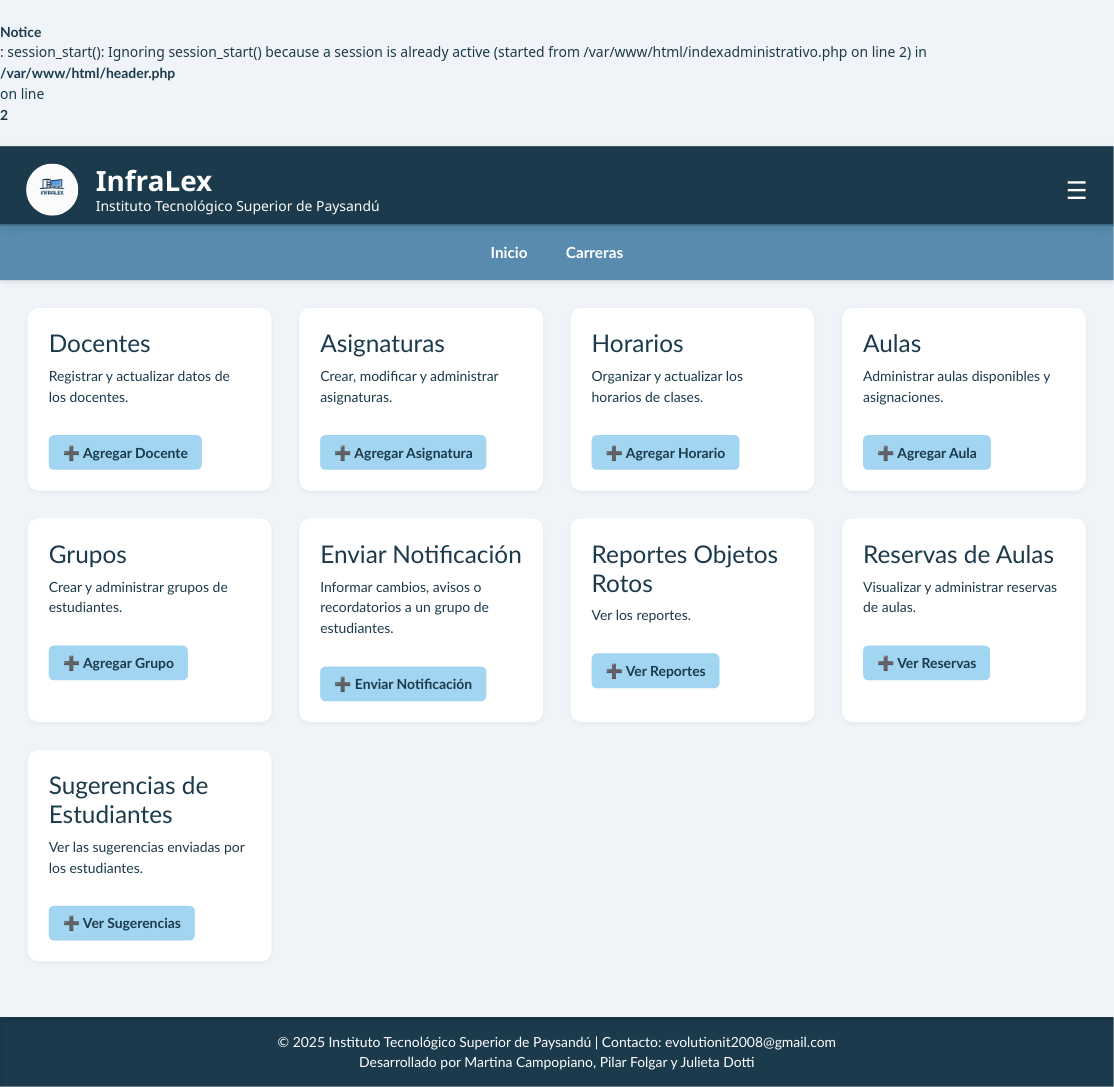
Repository: pilarfolgar/PROYECTO-2025
Page: http://localhost/PROYECTO-2025/indexadministrativo.php
An editor plug-in stored every save of this project. The page is shown before and after the next save, followed by the edit.
The browser window is 1280 px wide. The pictures show the whole page, at 87% of full size.
The page is run by PHP 8.4 with error messages shown; the project is at /var/www/html/. Queries for data that is not in the repository find no rows.

Above is the page before, as saved 2025-10-16 10:02:30.

After the next save:
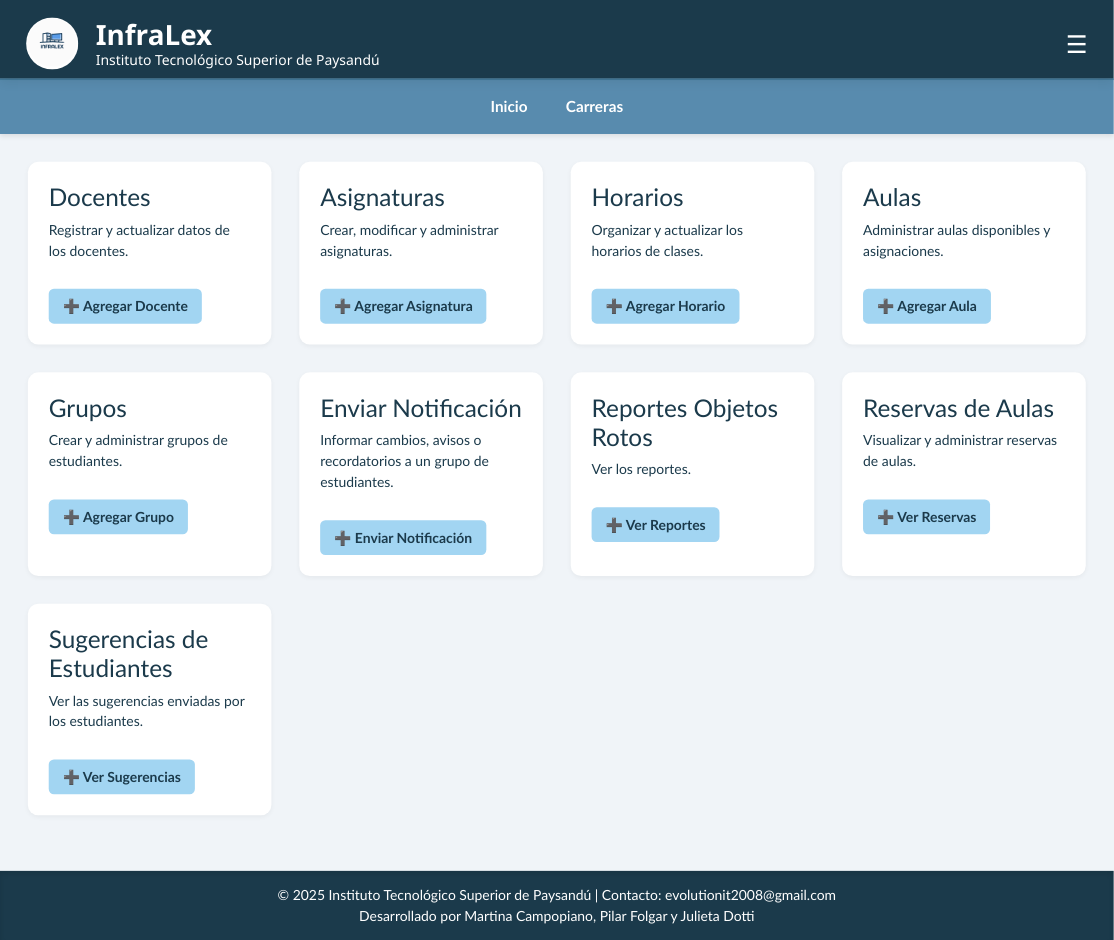
Saved 36 s later.
--- a/header.php
+++ b/header.php
@@ -1,6 +1,4 @@
 <?php
-session_start(); // Inicia sesión si no está activa
-
 require_once("conexion.php"); // Incluye conexión solo una vez
 
 // Obtener rol del usuario si está logeado
